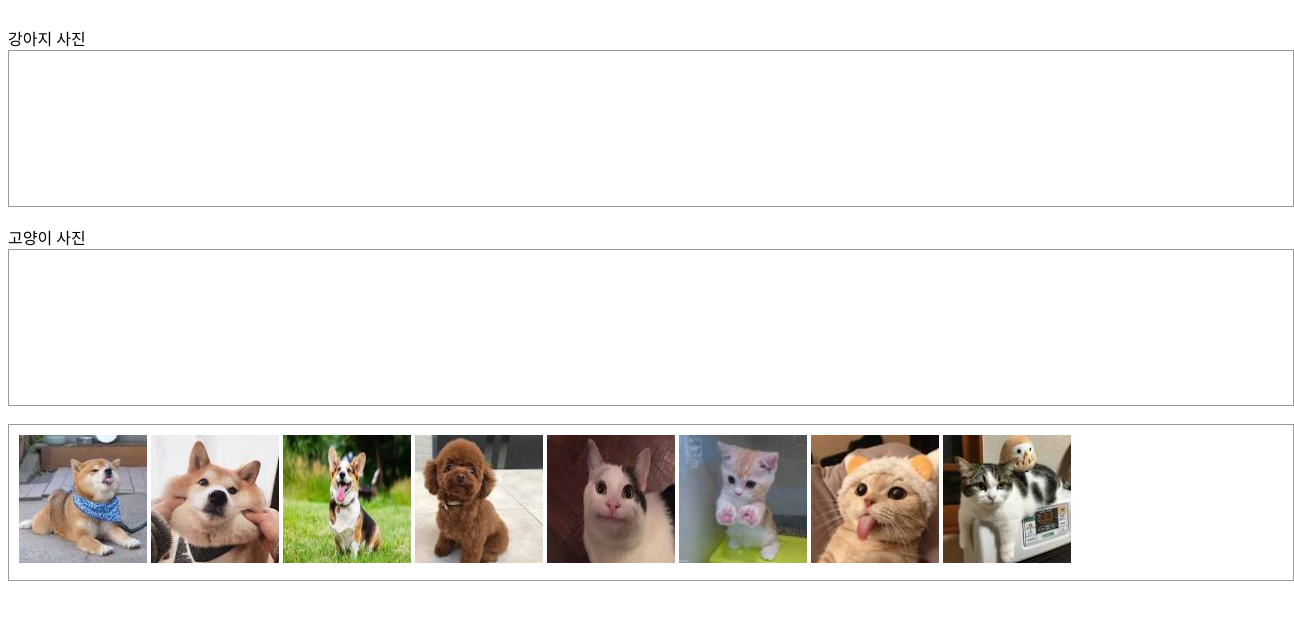
Repository: leetaehyeon123/SpringBaseSources
Page: http://localhost/DAD/
These files come from the project's save history. The page is drawn as it stood at one moment and after the next save; the edit follows.
The browser window is 1280 px wide. The page is 1294 px wide, so the pictures cover 1294 px, including what lies to the right of the window. The pictures show the whole page.
The page is served by Tomcat 9.

Above is the page before, as saved 2020-06-28 01:45:57.

After the next save:
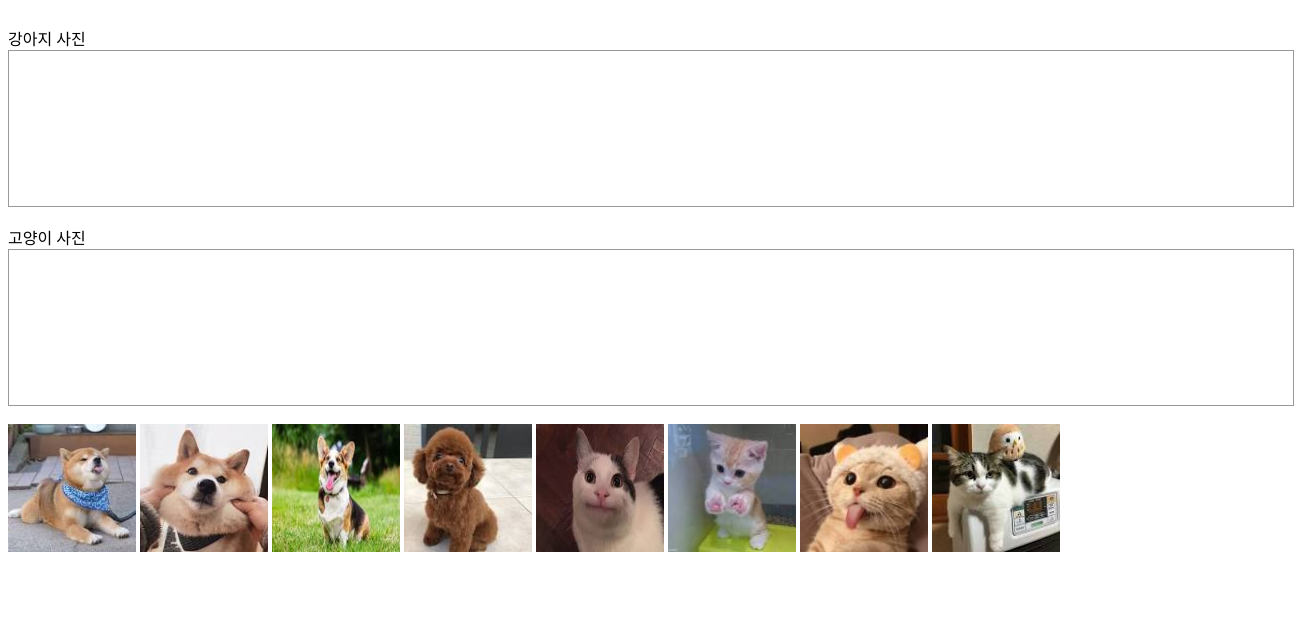
Saved 5 s later.
--- a/드래그앤드롭 소스코드/DragAndDrop/DAD/src/main/webapp/WEB-INF/views/main.jsp
+++ b/드래그앤드롭 소스코드/DragAndDrop/DAD/src/main/webapp/WEB-INF/views/main.jsp
@@ -8,7 +8,7 @@
 <!-- !!!!!!!!!!!!!!!!!!!!!!!!!!!!!!! ondragstart에서 ondragover로 이동한다. 이동할 아이는 draggable="true" 를 해줘야한다. -->
 <style>
 /* 드래그해 놓을 상자의 모양을 정합니다. 지금은 신경쓰지 않으셔도 됩니다. */
-#div1,#div2,#div3 {width:100%;height:135px;padding:10px;border:1px solid #999;}
+#div1,#div2 {width:100%;height:135px;padding:10px;border:1px solid #999;}
 </style>
 <script>
 function allowDrop(ev) {
